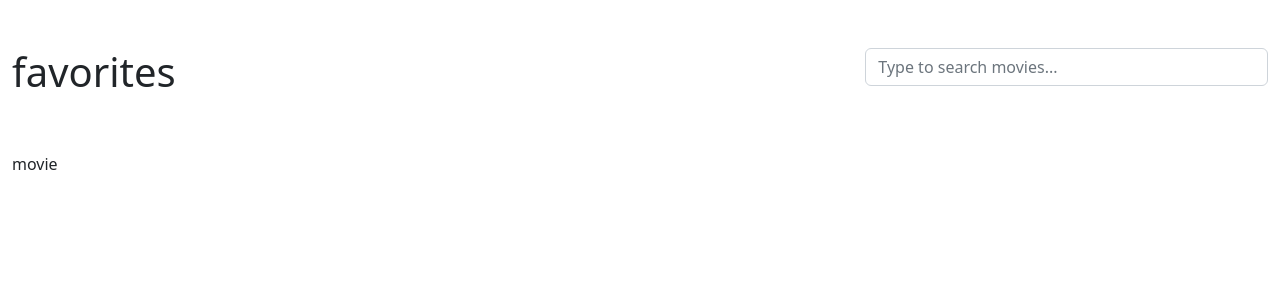
Repository: sandeepreddyvitta/react
Page: / (app in movieapp/)
These files come from the project's save history. The page is drawn as it stood at one moment and after the next save; the edit follows.
The browser window is 1280 px wide. The pictures show the whole page.
The page's requests for data from a server got no answer. The project was rebuilt for these pictures with package versions that can differ from the ones it lists, and the page was loaded fresh each time. No one was signed in, and anything a server would have sent is missing.

Above is the page before, as saved 2022-12-13 11:42:18.

### movieapp/public/index.html
<!DOCTYPE html>
<html lang="en">

<head>
  <meta charset="utf-8" />
  <link rel="icon" href="%PUBLIC_URL%/favicon.ico" />
  <meta name="viewport" content="width=device-width, initial-scale=1" />
  <meta name="theme-color" content="#000000" />
  <meta name="description" content="Web site created using create-react-app" />
  <link rel="apple-touch-icon" href="%PUBLIC_URL%/logo192.png" />
  <!--
      manifest.json provides metadata used when your web app is installed on a
      user's mobile device or desktop. See https://developers.google.com/web/fundamentals/web-app-manifest/
    -->
  <title>React App</title>
</head>

<body>
  <noscript>You need to enable JavaScript to run this app.</noscript>
  <div id="root"></div>

</body>

</html>

### movieapp/src/App.js

import axios from 'axios';
import React, { useState, useEffect } from 'react'
import MovieList from './components/movie/MovieList';
import SearchBar from './components/movie/SearchBar';
import 'bootstrap/dist/css/bootstrap.min.css'
import MovieListHead from './components/movie/MovieListHead';

function App() {
  const [movies, setMovies] = useState([]);
  const [searchValue, setSearchValue] = useState("");
  useEffect(() => {
    const data = axios.get(`https://www.omdbapi.com/?s=star&apikey=d8df698c`);
    console.log(data);
  }, [])
  return (
    <div className='container-fluid movie-app'>
      <div className='row d-flex align-item-center mt-5 mb-5'>
        <MovieListHead heading="favorites" />
        <SearchBar searchValue={searchValue} setSearchValue={setSearchValue} />
      </div>
      <div className='row'>
        <MovieList movies={movies} />
      </div>
    </div>
  );
}

export default App;

### movieapp/src/components/movie/MovieList.js
import React from 'react'

const MovieList = (props) => {
    return (
        <div>
            {
                props.movies.map((movie, index) => (
                    <div className='image-container d-flex justify-content-start m3'>
                        <img src={movie.Poster} alt='' />
                    </div>
                ))
            }
            movie
        </div>
    )
}

export default MovieList

### movieapp/src/components/movie/SearchBar.js
import React from 'react'

const SearchBar = (props) => {
    return (
        <div className='col col-sm-4'>
            <input type="text"
                className='form-control'
                value={props.searchValue}
                onChange={e => props.setSearchValue(e.target.value)}
                placeholder="Type to search movies..." />
        </div>
    )
}

export default SearchBar

### movieapp/src/components/movie/MovieListHead.js
import React from 'react'

const MovieListHead = (props) => {
    return (
        <div className='col'>
            <h1>{props.heading}</h1>
        </div>
    )
}

export default MovieListHead

Loaded but not shown: movieapp/src/index.js (common file); movieapp/src/index.css (common file)

After the next save:
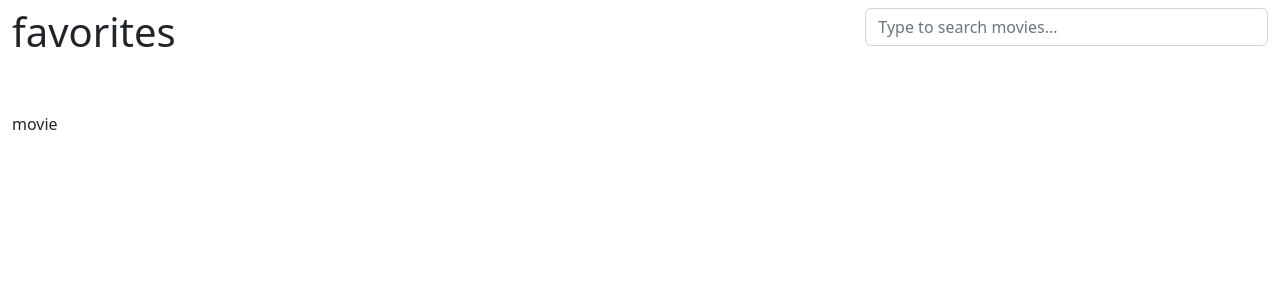
Saved 7 s later.
--- a/movieapp/src/App.js
+++ b/movieapp/src/App.js
@@ -15,7 +15,7 @@ function App() {
   }, [])
   return (
     <div className='container-fluid movie-app'>
-      <div className='row d-flex align-item-center mt-5 mb-5'>
+      <div className='row d-flex align-item-center mt-2 mb-5'>
         <MovieListHead heading="favorites" />
         <SearchBar searchValue={searchValue} setSearchValue={setSearchValue} />
       </div>
